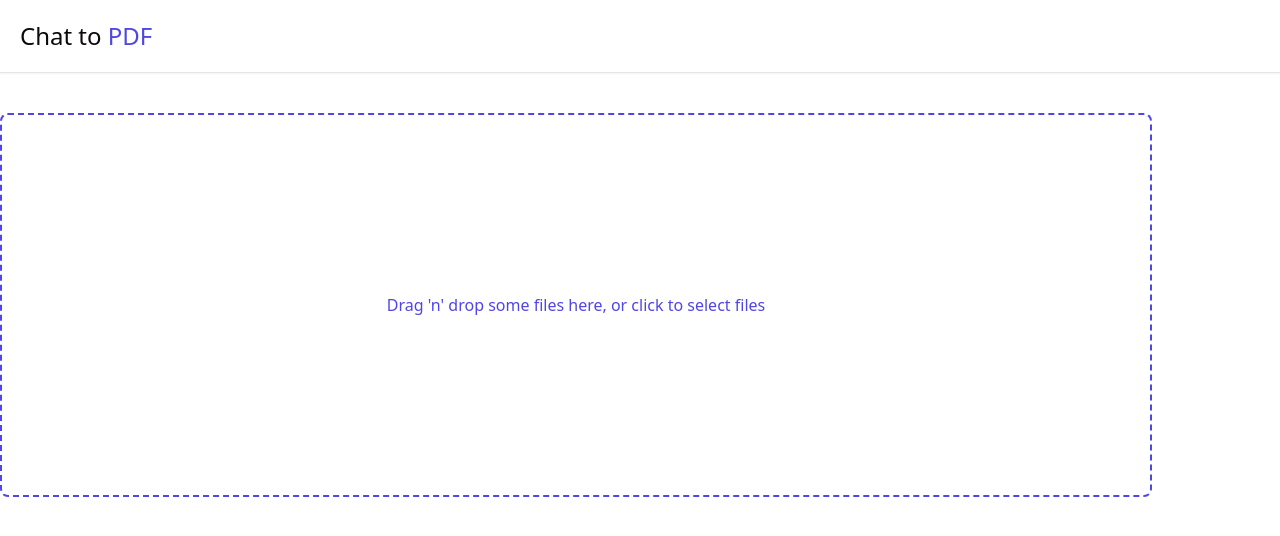
Repository: ankur28/chat-with-pdf
Page: /dashboard/upload
These files come from the project's save history. The page is drawn as it stood at one moment and after the next save; the edit follows.
The browser window is 1280 px wide. The pictures show the whole page.
The page's requests for data from a server got no answer. The project was rebuilt for these pictures with package versions that can differ from the ones it lists, and the page was loaded fresh each time. Some packages were replaced by stand-ins written for this rebuild. The framework's server and built-in components were replaced by stand-ins that run in the browser. No one was signed in, and anything a server would have sent is missing. Also part of the build but not shown: next.config.js, next.config.mjs, lib/utils.ts, components/ui/button.tsx.

Above is the page before, as saved 2024-07-24 19:33:18.

After the next save:
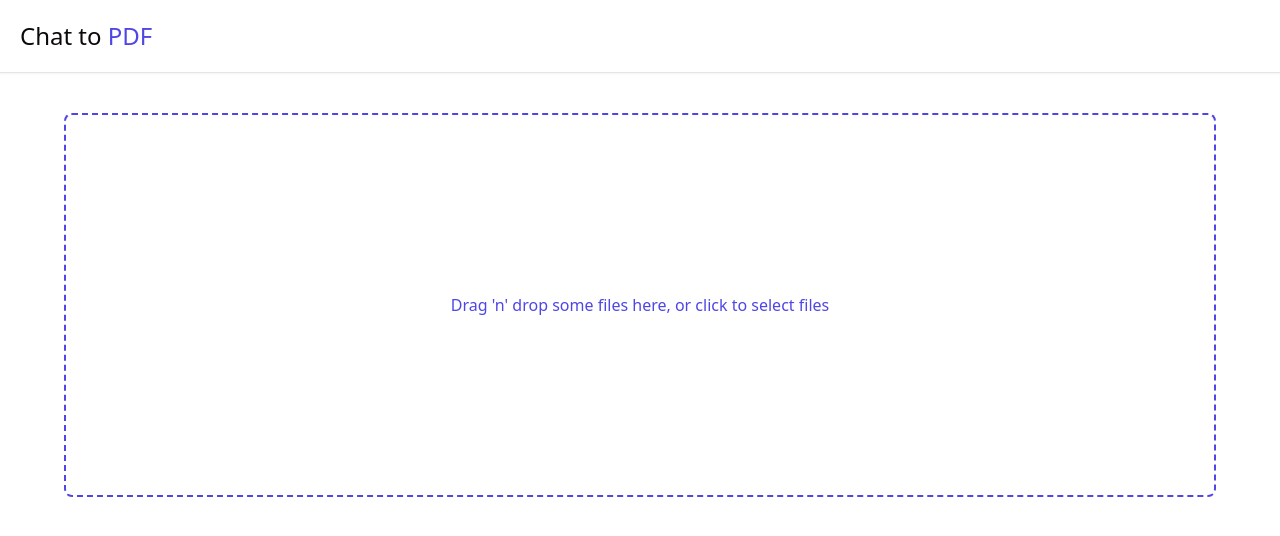
Saved 4 s later.
--- a/app/dashboard/upload/page.tsx
+++ b/app/dashboard/upload/page.tsx
@@ -10,7 +10,7 @@ function UploadPage() {
       const {getRootProps, getInputProps, isDragActive, isFocused} = useDropzone({onDrop})
 
   return (
-    <div className='flex flex-col gap-4 '>
+    <div className='flex flex-col gap-4 items-center '>
         {/* Loading section */}
     <div {...getRootProps()}
     className="p-10 border-2 border-dashed mt-10 w-[90%] border-indigo-600 text-indigo-600
